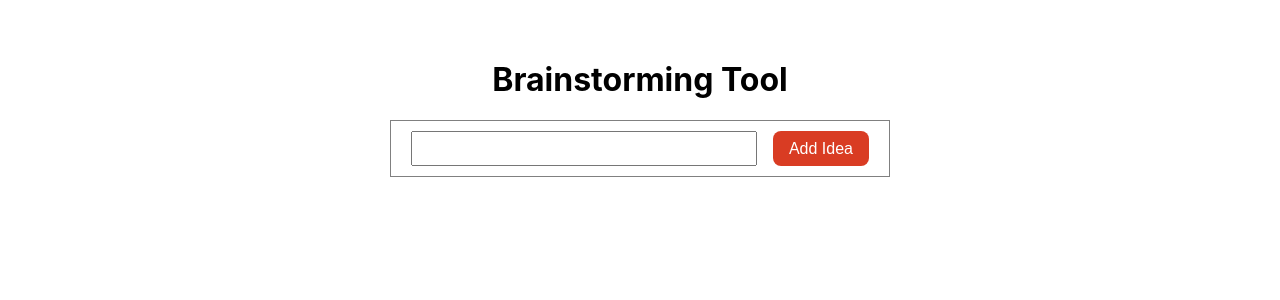
Repository: MateoD-0700/brainstorming-tool-v1
Page: /
An editor plug-in stored every save of this project. The page is shown before and after the next save, followed by the edit.
The browser window is 1280 px wide. The pictures show the whole page.
The project was rebuilt for these pictures with package versions that can differ from the ones it lists, and the page was loaded fresh each time.

Above is the page before, as saved 2021-10-13 22:28:56.

After the next save:
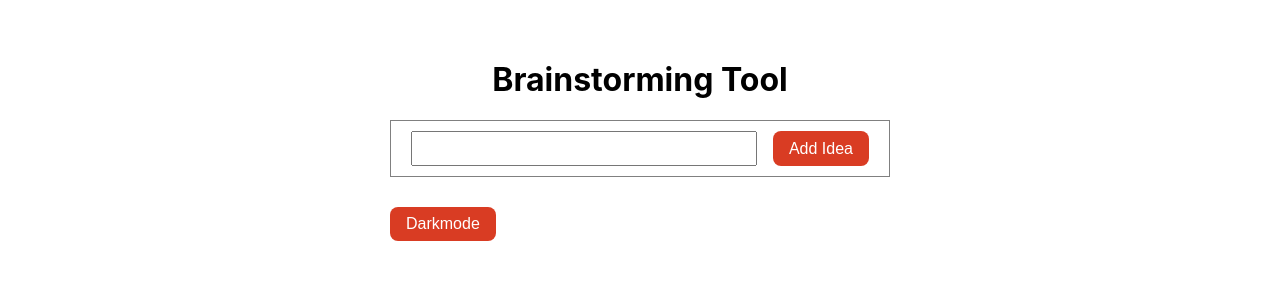
Saved 28 s later.
--- a/src/App.js
+++ b/src/App.js
@@ -107,11 +107,11 @@ const App = () => {
             <button onClick={() => deleteTodo(todo.id)}>Delete</button>
 
           </div>
-          <div>
-            <button>Darkmode</button>
-            </div>
+
         </div>
+
       ))}
+      <div><button>Darkmode</button></div>
     </div>
   );
 };
